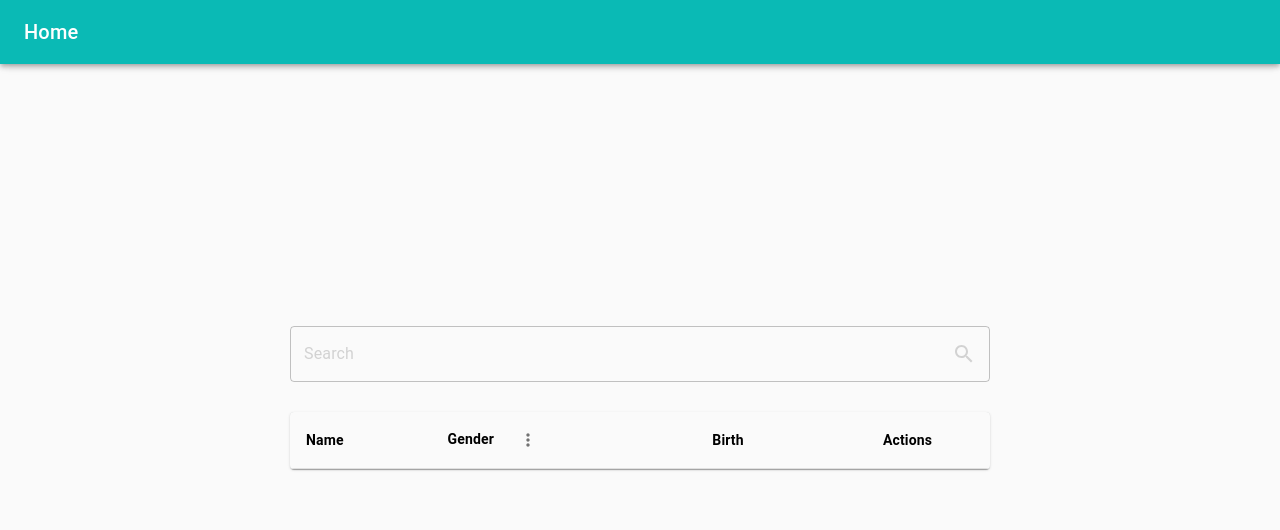
Repository: GabrielBrandaoProjetos/patient-manager
Page: /
An editor plug-in stored every save of this project. The page is shown before and after the next save, followed by the edit.
The browser window is 1280 px wide. The pictures show the whole page.
The page's requests for data from a server got no answer. The project was rebuilt for these pictures with package versions that can differ from the ones it lists, and the page was loaded fresh each time. No one was signed in, and anything a server would have sent is missing. Also part of the build but not shown: src/components/Modal/PatientModal.style.ts, src/components/Modal/PatientModal.tsx, src/components/InfiniteScroll/InfiniteScroll.tsx.

Above is the page before, as saved 2021-09-18 20:49:41.

### public/index.html
<!DOCTYPE html>
<html lang="en">
  <head>
    <meta charset="utf-8" />
    <meta name="viewport" content="minimum-scale=1, width=device-width, initial-scale=1" />
    <meta name="theme-color" content="#000000" />

    <title>React App</title>
  </head>
  <body>
    <noscript>You need to enable JavaScript to run this app.</noscript>
    <div id="root"></div>
  </body>
</html>

### src/App.tsx
import React from 'react';
import { CssBaseline } from '@material-ui/core';
import { Home } from './pages/Home/Home';
import { TableProvider } from './contexts/TableContext';
import { Router } from './routes';


function App() {
  return (
    <>
    <TableProvider>
      <CssBaseline />
      <Router/>
    </TableProvider>
    </>
  );
}

export default App;

### src/contexts/TableContext.tsx
import { createContext, useContext, useEffect, useState } from "react";
import { searchPatients } from "../services/api";

interface TableContextData{
	patients: any[]
  patientDetails: any
  isActiveFilterString: boolean
  isActiveFilterGender: boolean
  loadingMore: () => void
  filterByString: (value: string) => void
  handlePatientDetails: (patient: Object) => void
  getPatientByID: (id: string) => void
  getPatientByGender: (gender: string) => void
  handleIsActiveFilterString: (value: boolean) => void
  handleIsActiveFilterGender: (value: boolean) => void
  clearFilterByGender: () => void
}

const TableContext = createContext<TableContextData>({} as TableContextData)

export const TableProvider: React.FC = ({children}) => {
  const [data, setData] = useState<any[]>([])
  const [patients, setPatients] = useState<any[]>([])
  const [patientDetails, setPatientDetails] = useState<any>(null)
  const [patientsFilteredByString, setPatientsFilteredByString] = useState<any[]>([])
  const [patientsFilteredByGender, setPatientsFilteredByGender] = useState<any[]>([])
  const [isActiveFilterString, setIsActiveFilterString] = useState(false)
  const [isActiveFilterGender, setIsActiveFilterGender] = useState(false)
  const [page, setPage] = useState(0)

  useEffect(() => {
    handleSearchPatients()
  }, [])

  async function handleSearchPatients() {
    const {results, info} = await searchPatients(page)
    setPatients(results)
    setData(results)
    setPage(info.page)
  }

  async function loadingMore() {
    const {results, info} = await searchPatients(page+1)

    setPatients([...patients, ...results])
    setData([...patients, ...results])
    setPage(info.page)
  }

  function filterByString(value: string) {
    const [str, nat] = value.split(" ")

    if(value){
      if(str && nat){
        if(patientsFilteredByGender.length > 0){
          const newList = patientsFilteredByGender.filter((patient) => {
            const name = patient.name.first
            if(name.includes(str, 0) && patient.nat === nat){
              return true
            }else{
              return false
            }
          })
          setPatients(newList)
        }else{
          const newList = data.filter((patient) => {

            const name = patient.name.first
            if(name.includes(str, 0) && patient.nat === nat){
              return true
            }else{
              return false
            }
          })
          setPatients(newList)
          setPatientsFilteredByString(newList)
        }
      }else{
        ////////
        if(patientsFilteredByGender.length > 0){
          const newList = patientsFilteredByGender.filter((patient) => {
            const name = patient.name.first
            if(name.includes(value, 0)){
              return true
            }else{
              return false
            }
          })
          setPatients(newList)
        }else{
          const newList = data.filter((patient) => {
            const name = patient.name.first
            if(name.includes(value, 0)){
              return true
            }else{
              return false
            }
          })
          setPatients(newList)
          setPatientsFilteredByString(newList)
        }
        ////////
      }
    }else{
      if(patientsFilteredByGender.length > 0){
        handleIsActiveFilterString(false)
        setPatients(patientsFilteredByGender)
        setPatientsFilteredByString([])
      }else{
        handleIsActiveFilterString(false)
        setPatients(data)
        setPatientsFilteredByString([])
      }
    }
  }

  function getPatientByGender(gender: string){
    if(patientsFilteredByString.length > 0){
      const newList = patientsFilteredByString.filter((patient) => {
        if(patient.gender === gender){
          return true
        }else{
          return false
        }
      })
      setPatients(newList)
    }else{
      const newList = data.filter((patient) => {
        if(patient.gender === gender){
          return true
        }else{
          return false
        }
      })
      setPatients(newList)
      setPatientsFilteredByGender(newList)
    }
  }

  function handlePatientDetails(patient: Object) {
    setPatientDetails(patient)
  }

  function getPatientByID(id: string){
    patients.forEach((patient) => {
      if(patient.id.value === id){
        setPatientDetails(patient)
      }
    })
  }

  function handleIsActiveFilterString(value: boolean){
    setIsActiveFilterString(value)
  }

  function handleIsActiveFilterGender(value: boolean){
    setIsActiveFilterGender(value)
  }

  function clearFilterByGender() {
    if(patientsFilteredByString.length > 0){
      setPatients(patientsFilteredByString)
      handleIsActiveFilterGender(false)
      setPatientsFilteredByGender([])
    }else{
      setPatientsFilteredByGender([])
      setPatients(data)
      handleIsActiveFilterGender(false)
    }
  }

  return (
    <TableContext.Provider value={{
      patients,
      patientDetails,
      isActiveFilterString,
      isActiveFilterGender,
      loadingMore,
      filterByString,
      handlePatientDetails,
      getPatientByID,
      getPatientByGender,
      handleIsActiveFilterString,
      handleIsActiveFilterGender,
      clearFilterByGender
    }}>
      {children}
    </TableContext.Provider>
  )
}

export function useTableContext(){
	const context = useContext(TableContext)
	return context
}

### src/routes.tsx

import { BrowserRouter, Switch, Route } from "react-router-dom";
import PatientModal from "./components/Modal/PatientModal";
import { Home } from "./pages/Home/Home";



export function Router(){
  return (
    <BrowserRouter>
      <Switch>
        <Route path="/:id" />
        {/* <Route path="/home/patient" component={Home}/> */}
        <Route path="" exact component={Home} />
      </Switch>
    </BrowserRouter>
  )
}

### src/services/api.ts
import axios from 'axios';

const api = axios.create({
    baseURL: 'https://randomuser.me/api/',
})


export async function searchPatients(page: number){
  const response = await api.get(`?seed=test&results=50&page=${page}`)
  return response.data
}

### src/pages/Home/Home.tsx
import React, { useEffect, useRef, useState } from 'react';
import { AppBar, Button, FormControl, IconButton, InputAdornment, InputLabel, OutlinedInput, Paper, Table, TableBody, TableCell, TableContainer, TableHead, TableRow, Toolbar, Typography } from '@material-ui/core';
import {Search, ReplayRounded, MoreVert, CloseRounded} from '@material-ui/icons';
import { useTableContext } from '../../contexts/TableContext';
import PatientModal, { ModalHandles} from '../../components/Modal/PatientModal';
import {BrowserRouter as Router, Route, Switch, Link} from "react-router-dom"
import {InfiniteScroll} from '../../components/InfiniteScroll/InfiniteScroll'
import { format, parseJSON } from 'date-fns';

import { useStyles } from './Home.style';


interface Patient {
  id:{
    value: string;
  }
  login:{
    uuid: string;
  }
  name: {
    title: string;
    first: string;
    last: string;
  }
  gender: string;
  dob: {
    date: string;
  }
}

export const Home = () => {
  const classes = useStyles();

  const {patients, isActiveFilterString, isActiveFilterGender, loadingMore, filterByString, handlePatientDetails, getPatientByGender, handleIsActiveFilterString, handleIsActiveFilterGender, clearFilterByGender} = useTableContext()
  const [loading, setLoading] = useState(false)
  const [showChooseGender, setShowChooseGender] = useState(false)
  const modalRef = useRef<ModalHandles>(null)
  const timeoutRef = useRef<any>(null)

  useEffect(() => {
    setLoading(false)
  }, [patients])

  function handleFilterByString(value: string) {
    clearTimeout(timeoutRef.current)
    timeoutRef.current = setTimeout(() => {
      handleIsActiveFilterString(true)
      filterByString(value.trim())
    }, 500)
  }

  function handleOpenModal(patient: Object) {
    handlePatientDetails(patient)
    modalRef.current?.openModal()
  }

  function handleFilterByGender(gender: string){
    handleIsActiveFilterGender(true)
    getPatientByGender(gender)
    setShowChooseGender(false)
  }

  function fetchMore() {
    setLoading(true)
    loadingMore()
  }

  return(
    <Router>
    <div className={classes.root}>
      <AppBar className={classes.header}>
        <Toolbar>
          <Typography variant="h6" className={classes.title}>
            Home
          </Typography>
        </Toolbar>
      </AppBar>

      <FormControl className={classes.form} variant="outlined">
        <InputLabel className={classes.inputLabel} htmlFor="search">Search</InputLabel>
        <OutlinedInput
          placeholder="Ex: 'Areta' ou 'Areta BR'"
          id="search"
          type="search"
          onChange={(e) => handleFilterByString(e.target.value)}
          endAdornment={
            <InputAdornment position="end">
              <Search className={classes.search}/>
            </InputAdornment>
          }
          labelWidth={70}
        />
      </FormControl>

      <TableContainer component={Paper} className={classes.tableContainer}>
        <Table stickyHeader aria-label="sticky table">
          <TableHead>
            <TableRow className={classes.row}>
              <TableCell className={classes.cellHeader}>Name</TableCell>
              <TableCell className={`${classes.cellGender} ${classes.cellHeader}`}>
                Gender
                <IconButton
                  className={classes.buttonMoreVert}
                  onClick={() => setShowChooseGender(!showChooseGender)}
                >
                  <MoreVert className={classes.moreVert}/>
                </IconButton>
                {isActiveFilterGender && (
                  <IconButton
                    className={classes.buttonClose}
                    onClick={clearFilterByGender}
                  >
                    <CloseRounded className={classes.close}/>
                  </IconButton>
                )}
                {showChooseGender && (
                  <div className={classes.chooseGender}>
                    <Button onClick={() => handleFilterByGender("male")}>Male</Button>
                    <Button onClick={() => handleFilterByGender("female")}>Female</Button>
                  </div>
                )}
              </TableCell>
              <TableCell className={classes.cellHeader}>Birth</TableCell>
              <TableCell align="center" className={classes.cellHeader}>Actions</TableCell>
            </TableRow>
          </TableHead>
          <TableBody>
            {patients.map((patient: Patient) => (
              <TableRow key={patient.login.uuid} className={classes.rowBody}>
                <TableCell component="th" className={classes.cellBody}>
                  {patient.name.title}. {patient.name.first} {patient.name.last}
                </TableCell>
                <TableCell className={classes.cellBody}>{patient.gender}</TableCell>
                <TableCell className={classes.cellBody}>
                  {format(parseJSON(patient.dob.date), 'dd-MM-yyyy')}
                </TableCell>
                <TableCell align="center" className={classes.actions}>
                  <Button
                    variant="contained"
                    disableElevation
                    className={classes.buttonShow}
                    onClick={() => handleOpenModal(patient)}
                  >
                    <Link
                      to={patient?.id?.value ? patient?.id?.value : "/ "}
                      className={classes.link}
                    >show</Link>
                  </Button>
                </TableCell>
              </TableRow>
            )
            )}
          </TableBody>
        </Table>
          {patients.length > 0 && !loading && !isActiveFilterString && !isActiveFilterGender && (
            <InfiniteScroll fetchMore={fetchMore}/>
          )}
      </TableContainer>

      {loading && (
        <div className={classes.loading}>
          <ReplayRounded/>
          Loading more
        </div>
      )}
          {/* <PatientModal ref={modalRef}/> */}

      <Switch>
        <Route path="/:id">
          <PatientModal ref={modalRef}/>
        </Route>
      </Switch>
    </div>
    </Router>
  )
}

### src/pages/Home/Home.style.ts
import { createStyles, makeStyles, Theme } from '@material-ui/core/styles';


export const useStyles = makeStyles((theme: Theme) =>
createStyles({
  root: {
    width: '100vw',
    height: '100vh',
    display: 'flex',
    flexDirection: 'column',
    alignItems: 'center',
    justifyContent: 'center',
    padding: "0 16px"
  },
  header: {
    backgroundColor: "#0abab5"
  },
  title: {
    flexGrow: 1,
  },
  form: {
    maxWidth: 700,
    width: "100%",
    marginTop: 94,
  },
  inputLabel: {
    color: "#d2d2d2"
  },
  search: {
    color: "#d2d2d2",
  },
  tableContainer: {
    maxWidth: 700,
    width: "100%",

    marginTop: 30,
    marginBottom: 20,
    backgroundColor: "#fafafa",
  },
  row: {
    color: "black",
    background: "#cbd0d0",
  },
  rowBody: {
    '&:nth-of-type(odd)': {
      backgroundColor: "#f2f2f2",
    }
  },
  cellHeader: {
    color: "black",
    fontWeight: "bold",
    position: "relative"
  },
  cellGender: {
    padding: "0 16px",
  },
  buttonMoreVert: {
    padding: 8,
    marginLeft: 16
  },
  moreVert: {
    fontSize: 20,
  },
  buttonClose: {
    padding: 8,
  },
  close: {
    fontSize: 16,
  },
  chooseGender: {
    position: "absolute",
    display: "flex",
    flexDirection: "column",
    backgroundColor: theme.palette.background.paper,
    borderRadius: '5px',
    boxShadow: theme.shadows[5],
    padding: theme.spacing(2, 1, 2),
  },
  cellBody: {
    color: "black",
  },
  actions: {
    padding: 0
  },
  link:{
    color: "white",
    textDecoration: "none"
  },
  buttonShow: {
    padding: "4px 16px",
    textTransform: "none",
    background: "#0abab5",
  },
  loading: {
    display: "flex",
    alignItems: "center",
    color: "#78797a",
    gap: 8,
    textTransform: "uppercase",
  },
}),
);

Loaded but not shown: src/index.tsx (common file); src/reportWebVitals.ts (common file)

After the next save:
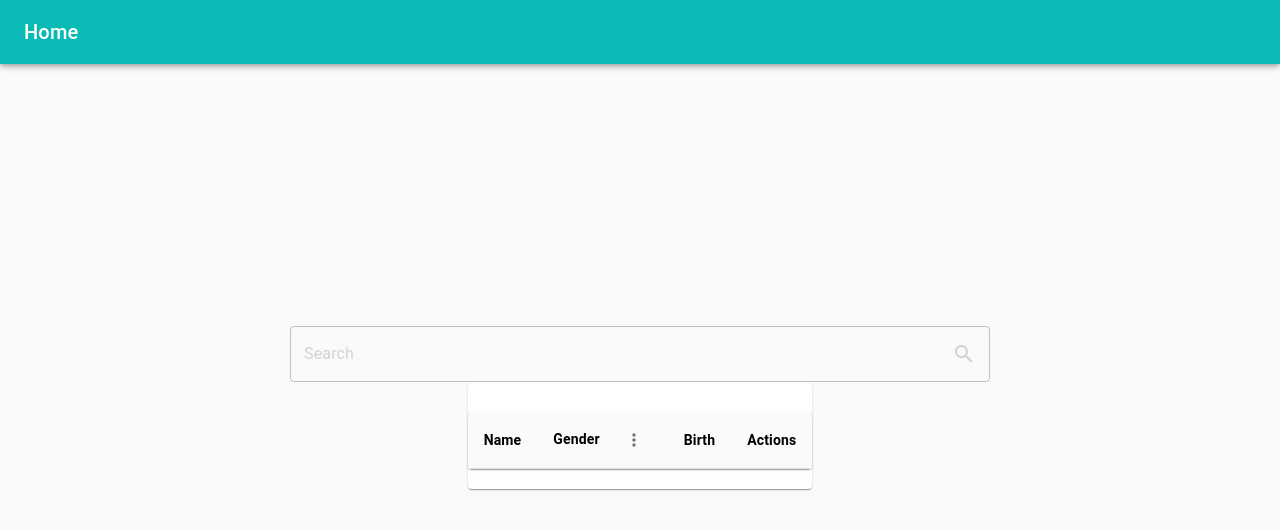
Saved 4 min 8 s later.
--- a/src/pages/Home/Home.tsx
+++ b/src/pages/Home/Home.tsx
@@ -91,7 +91,7 @@ export const Home = () => {
           labelWidth={70}
         />
       </FormControl>
-
+      <Paper sx={{ width: '100%', overflow: 'hidden' }}>
       <TableContainer component={Paper} className={classes.tableContainer}>
         <Table stickyHeader aria-label="sticky table">
           <TableHead>
@@ -156,7 +156,7 @@ export const Home = () => {
             <InfiniteScroll fetchMore={fetchMore}/>
           )}
       </TableContainer>
-
+      </Paper>
       {loading && (
         <div className={classes.loading}>
           <ReplayRounded/>
